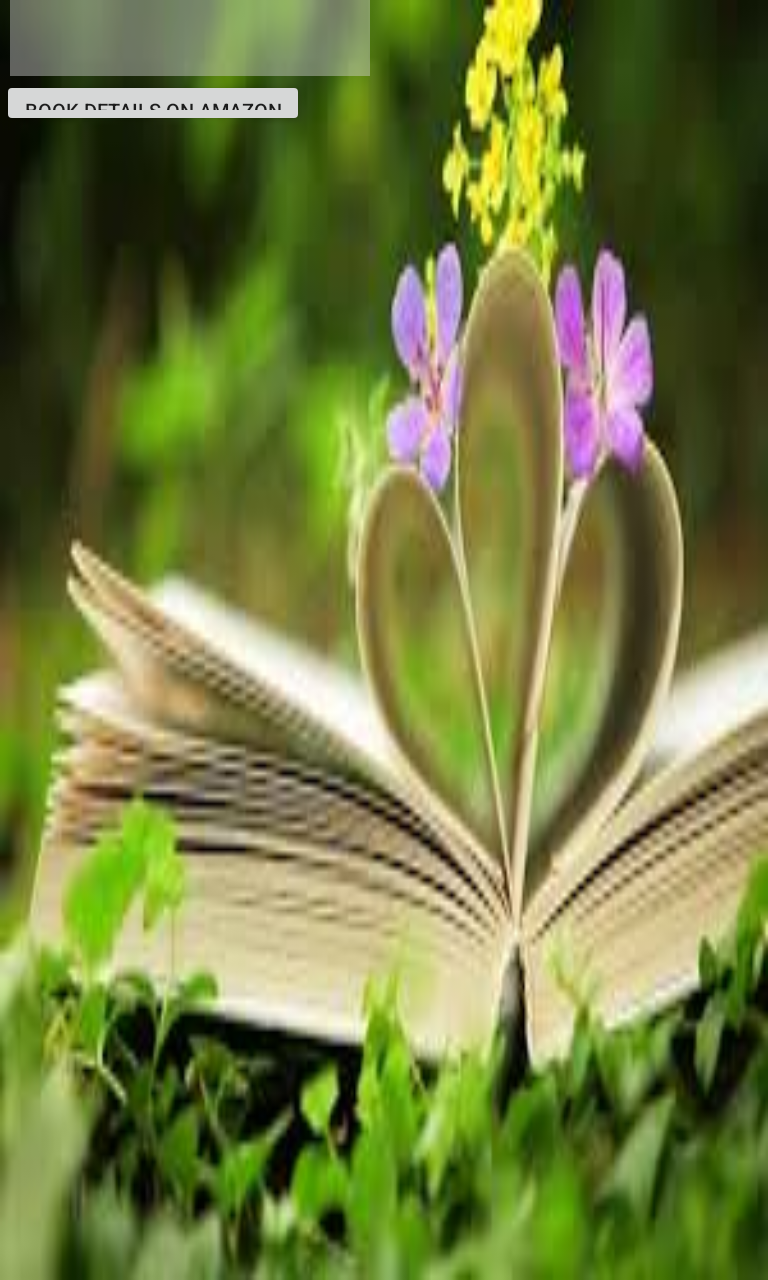
Repository: arianaantonio/MDF3_Antonio
Layout: Readable/res/layout/widget_layout.xml
The author's editor kept a copy of each file at every save. The layout is drawn from the files as they stood at one save, then again after a run of saves.
It is drawn on a 768 x 1280 px phone screen (xhdpi) without system bars, with theme AppTheme; the app's code is not run.

Above is the layout before, as saved 2014-08-21 03:29:01.

After the next 2 saves:
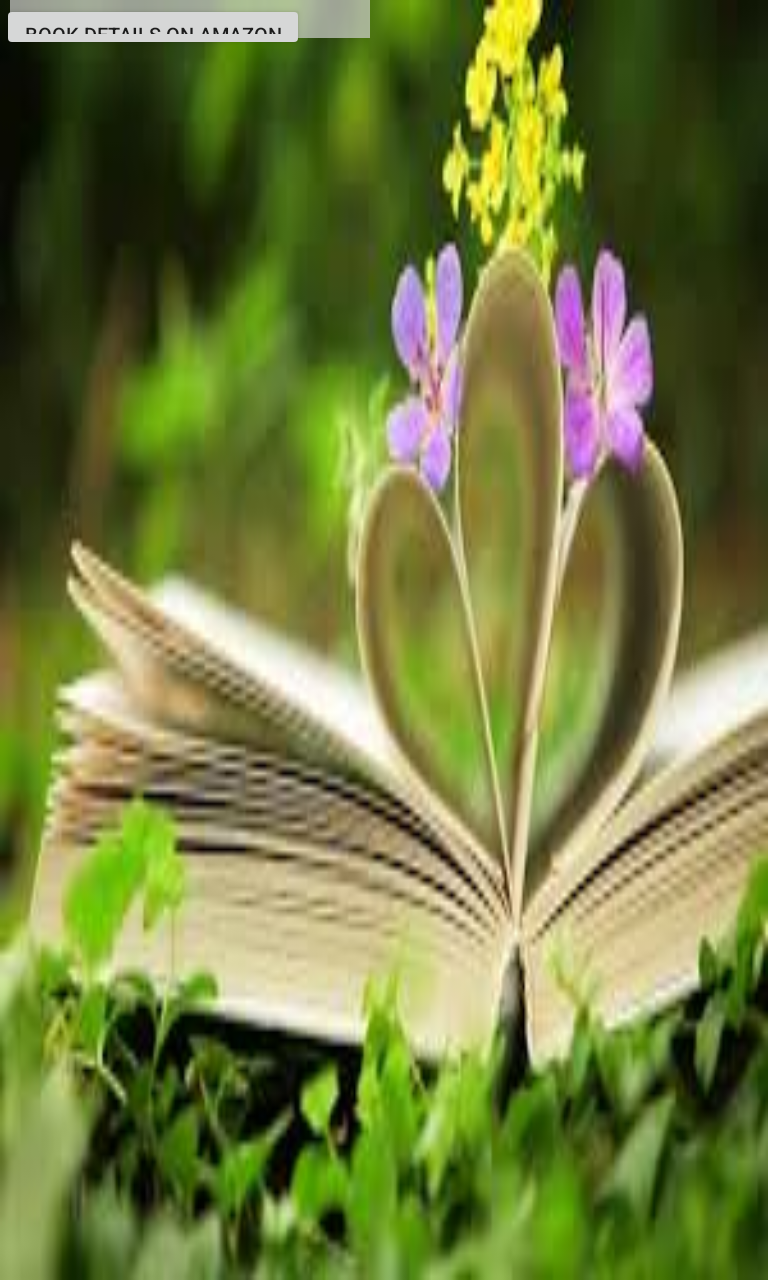
The 2 saves are shown as one change because 1 did not build or start.
The last was saved 43 s later.
--- a/Readable/res/layout/widget_layout.xml
+++ b/Readable/res/layout/widget_layout.xml
@@ -7,7 +7,7 @@
     android:orientation="vertical"
     android:background="@drawable/images" >
 
-    <LinearLayout
+    <RelativeLayout
         android:layout_width="match_parent"
         android:layout_height="match_parent"
 
@@ -22,10 +22,7 @@
             android:layout_marginLeft="5dp"
             android:background="@color/lightgrey"
             android:gravity="left"
-            android:text=""
-            android:textColor="@color/black" >
-
-        </TextView>
+            android:textColor="@color/black" />
 
         <TextView
             android:id="@+id/nextBook"
@@ -45,6 +42,6 @@
             android:text="@string/widget_button"
             android:textSize="10sp" />
 
-    </LinearLayout>
+    </RelativeLayout>
 
 </FrameLayout>
